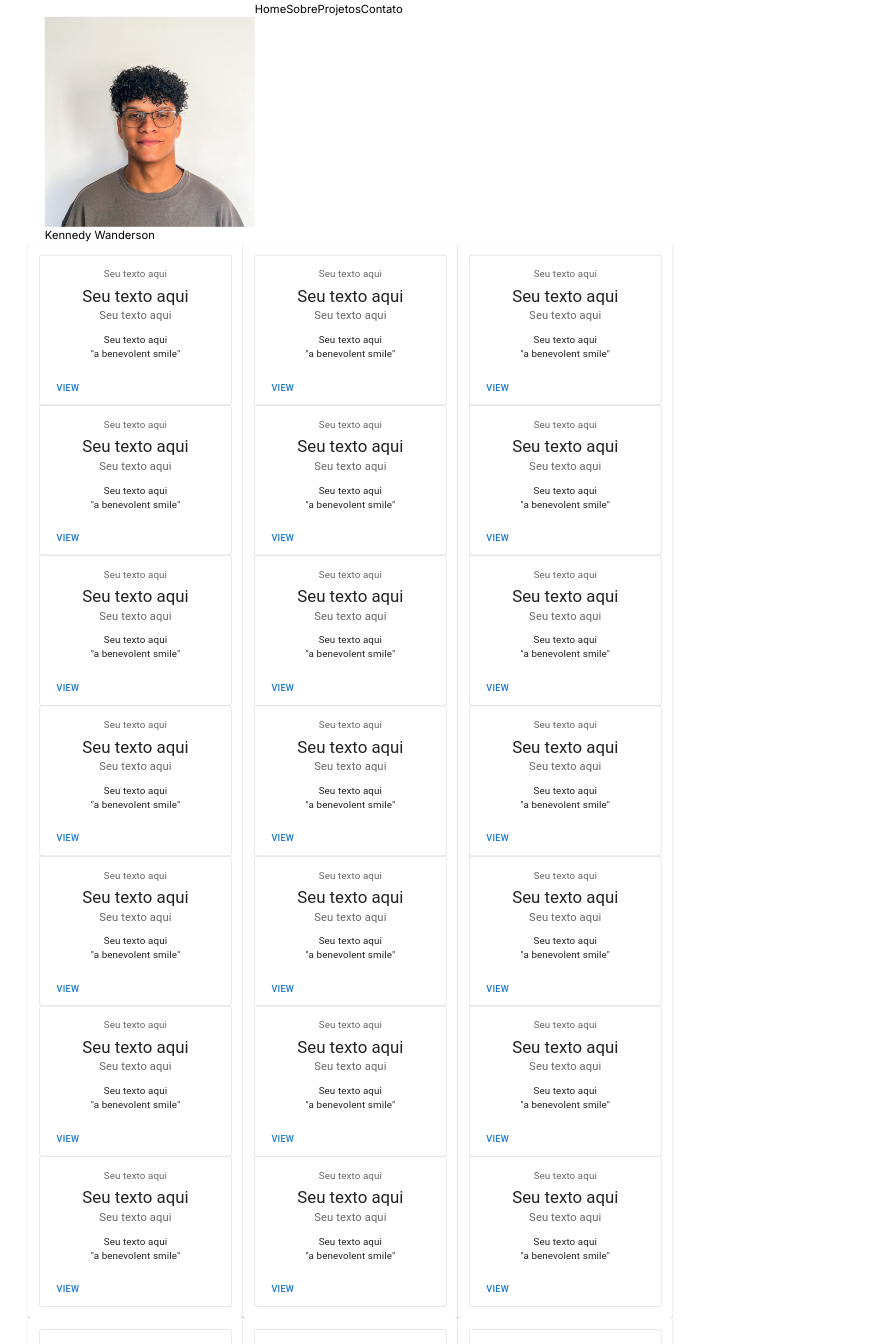
Repository: KennedyWanderson/landing
Page: /
An editor plug-in stored every save of this project. The page is shown before and after a run of saves, followed by the edit.
The browser window is 1280 px wide. The pictures show the part of the page from y = 0 to 1920 px (the page is 3466 px tall before and 3402 px after), at 70% of full size.
The project was rebuilt for these pictures with package versions that can differ from the ones it lists, and the page was loaded fresh each time. The framework's server and built-in components were replaced by stand-ins that run in the browser. Also part of the build but not shown: next.config.js.

Above is the page before, as saved 2024-01-04 10:48:55.

### src/app/page.tsx
import Content from "@/Components/Content";
import Header from "@/Components/Header";

export default function Home() {
  return (
    <div>
      <Content />
    </div>
  )
}

### src/Components/Content.tsx
import { Container } from "@mui/material";
import Header from "./Header";
import Image from "next/image";
import About from "./About";
import Projects from "./Projects";
import Contact from "./Contact";

export default function Content(){
    return(
        <Container>
            <Header />
            <div className="flex flex-col items-center p-5 shadow-md rounded-xl bg-gray-100">
                <div className="flex items-center justify-center tracking-wider space-x-6 ">
                    <Image className="rounded-full" src="/me.jpeg" alt="" width={300} height={300} />
                    <span className="font-bold font-mono no-italic text-2xl">Kennedy Wanderson <br></br> Front-end Developer</span>
                </div>
            </div>
            <div className="flex flex-col items-center">
                <About />
                <Projects />
                <Contact />
            </div>

        </Container>
    )
}

### src/Components/Header.tsx
import { Container } from "@mui/material";

export default function Header(){
    return(

        <Container maxWidth="sm">
            <div className="flex flex-col items-center m-5">
                <ul className="tracking-wider space-x-6">
                    <a href="#">
                        <span>Home</span>
                    </a>
                    <a href="#">
                        <span>Sobre</span>
                    </a>
                    <a href="#">
                        <span>Projetos</span>
                    </a>
                    <a href="#">
                        <span>Contato</span>
                    </a>
                </ul>
            </div>
        </Container>
    )
}

### src/Components/About.tsx
import * as React from 'react';
import { experimentalStyled as styled } from '@mui/material/styles';
import Box from '@mui/material/Box';
import Paper from '@mui/material/Paper';
import Grid from '@mui/material/Grid';
import OutlinedCard from './Card';

// Verifica se o código está rodando no lado do cliente antes de chamar experimentalStyled()
let Item;
if (typeof window !== 'undefined') {
    Item = styled(Paper)(({ theme }) => ({
        backgroundColor: theme.palette.mode === 'dark' ? '#1A2027' : '#fff',
        ...theme.typography.body2,
        padding: theme.spacing(2),
        textAlign: 'center',
        color: theme.palette.text.secondary,
    }));
} else {
    // Caso esteja no lado do servidor, define um componente vazio ou um fallback
    Item = ({ children }) => <div>{children}</div>;
}

export default function ResponsiveGrid() {
    return (
        <Box sx={{ flexGrow: 1 }}>
            <Grid container spacing={{ xs: 2, md: 3 }} columns={{ xs: 4, sm: 8, md: 12 }}>
                {Array.from(Array(6)).map((_, index) => (
                    <Grid key={index}>
                        <Item>
                            <div className="flex flex-col items-center p-5 shadow-md rounded-xl bg-gray-100">
                                <div className="flex items-center justify-center ">
                                    <OutlinedCard />
                                    <OutlinedCard />
                                    <OutlinedCard />
                                    <OutlinedCard />
                                    <OutlinedCard />
                                    <OutlinedCard />
                                    <OutlinedCard />
                                </div>
                            </div>
                        </Item>
                    </Grid>
                ))}
            </Grid>
        </Box>
    );
}

### src/Components/Projects.tsx

export default function Projects(){
    return(
        <div>
            Projetos
        </div>
    )
}

### src/Components/Contact.tsx

export default function Contact(){
    return(
        <div>
            Contato
        </div>
    )
}

### src/Components/Card.tsx
import * as React from 'react';
import Box from '@mui/material/Box';
import Card from '@mui/material/Card';
import CardActions from '@mui/material/CardActions';
import CardContent from '@mui/material/CardContent';
import Button from '@mui/material/Button';
import Typography from '@mui/material/Typography';

interface AboutProps {
    text: string;
    icone?: any;
    url?: string;
    className?: string;
    onClick?: (evento: any) => void;
}

function CardContentComponent(props: AboutProps) {
    return (
        <React.Fragment>
            <CardContent>
                <Typography sx={{ fontSize: 14 }} color="text.secondary" gutterBottom>
                    {props.text}
                </Typography>
                <Typography variant="h5" component="div">
                    {props.text}
                </Typography>
                <Typography sx={{ mb: 1.5 }} color="text.secondary">
                    {props.text}
                </Typography>
                <Typography variant="body2">
                    {props.text}
                    <br />
                    {'"a benevolent smile"'}
                </Typography>
            </CardContent>
            <CardActions>
                <Button size="small">View</Button>
            </CardActions>
        </React.Fragment>
    );
}

export default function OutlinedCard() {
    return (
        <Box sx={{ minWidth: 275 }}>
            <Card variant="outlined">
                {/* Chama o componente CardContentComponent dentro do Card */}
                <CardContentComponent text="Seu texto aqui" />
            </Card>
        </Box>
    );
}

Loaded but not shown: src/app/layout.tsx (common file); src/app/globals.css (common file); tailwind.config.ts (common file)

After the next 3 saves:
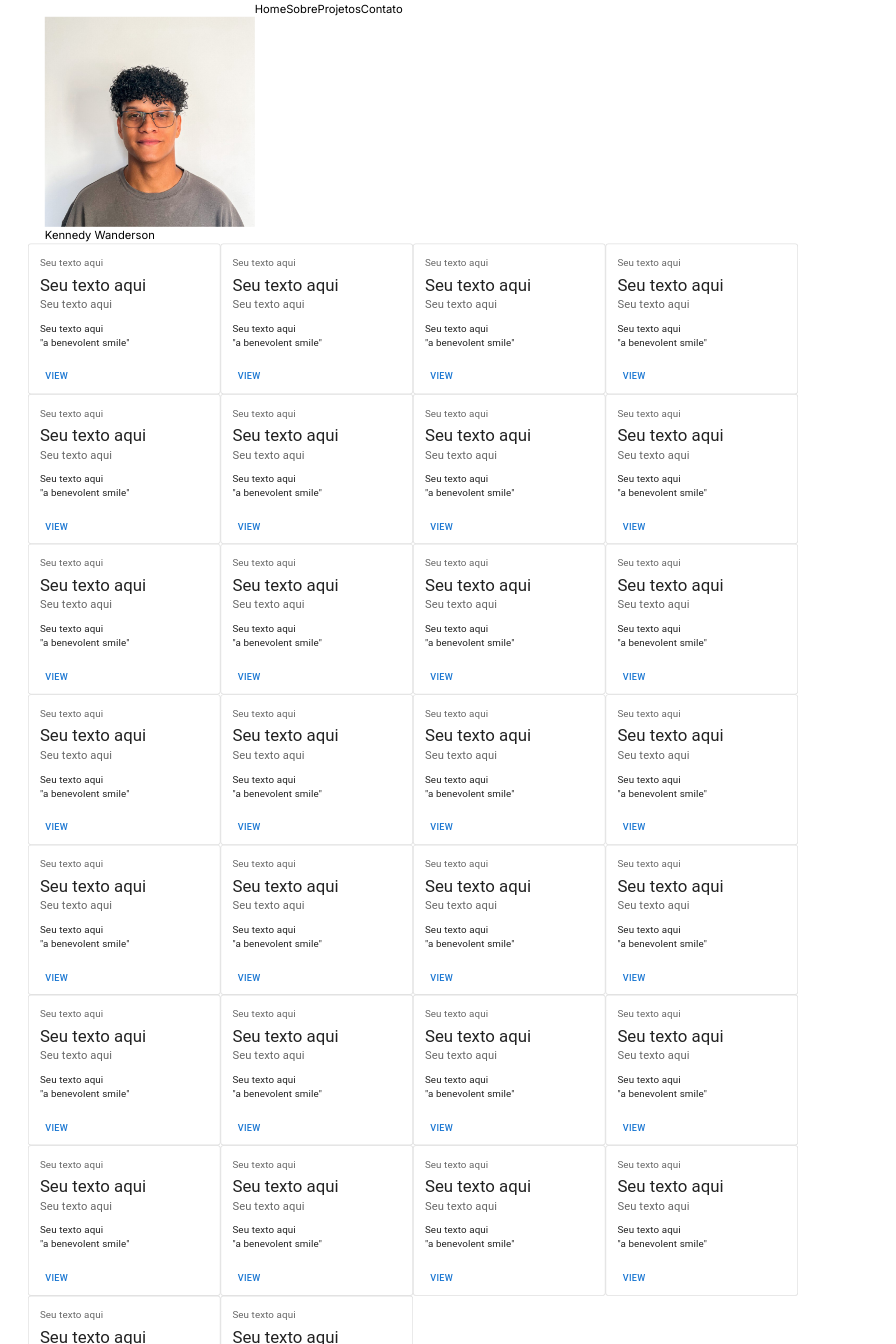
The 3 saves are shown as one change because 1 did not build or start and some came seconds apart.
The last was saved 8 s later.
--- a/src/Components/About.tsx
+++ b/src/Components/About.tsx
@@ -26,7 +26,6 @@ export default function ResponsiveGrid() {
             <Grid container spacing={{ xs: 2, md: 3 }} columns={{ xs: 4, sm: 8, md: 12 }}>
                 {Array.from(Array(6)).map((_, index) => (
                     <Grid key={index}>
-                        <Item>
                             <div className="flex flex-col items-center p-5 shadow-md rounded-xl bg-gray-100">
                                 <div className="flex items-center justify-center ">
                                     <OutlinedCard />
@@ -38,7 +37,6 @@ export default function ResponsiveGrid() {
                                     <OutlinedCard />
                                 </div>
                             </div>
-                        </Item>
                     </Grid>
                 ))}
             </Grid>
